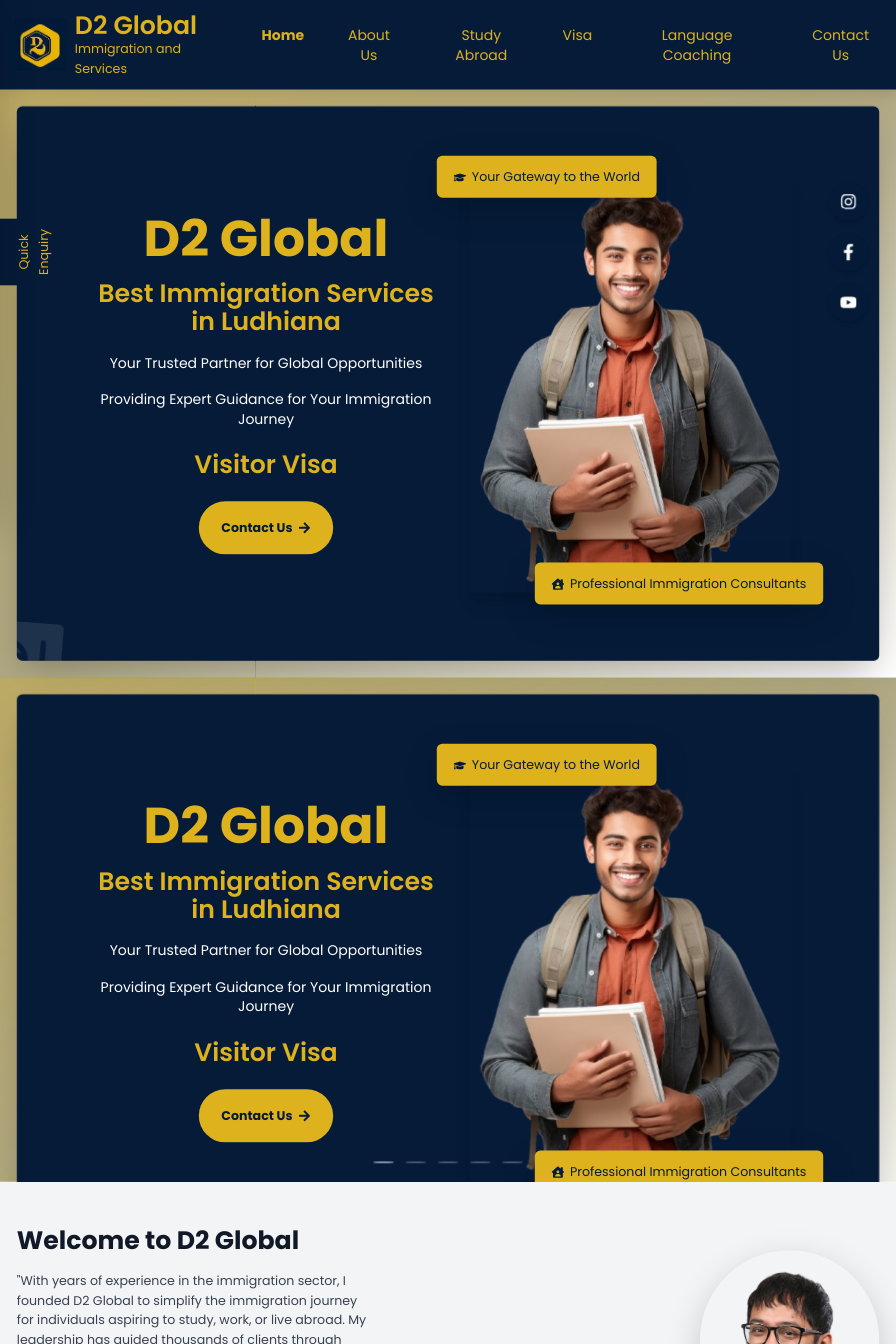
Repository: abhijeets54/d2globalbackup
Page: /
An editor plug-in stored every save of this project. The page is shown before and after the next save, followed by the edit.
The browser window is 1280 px wide. The pictures show the part of the page from y = 0 to 1920 px (the page is 7588 px tall before and 6868 px after), at 70% of full size.
The page's requests for data from a server got no answer. The project was rebuilt for these pictures with package versions that can differ from the ones it lists, and the page was loaded fresh each time. No one was signed in, and anything a server would have sent is missing. Also part of the build but not shown: vite.config.js, src/components/Button.jsx, src/components/PostCard.jsx, src/components/Input.jsx, src/components/PopupForm.jsx, src/components/Events.jsx, src/components/People.jsx, src/Newsletter/NewsletterComponent.jsx and 28 more. Imported but missing from the stored project, and not drawn on this page: src/components/Donate/RestoftheWorld.jsx, src/components/Donate/WithInIndia.jsx, src/components/JoinUs.jsx, src/components/Projects/Awareness.jsx, src/components/Projects/Education.jsx, src/components/Projects/HumanitarianAid.jsx, src/components/ThreePillars.jsx, src/pages/Donate.jsx and 2 more.

Above is the page before, as saved 2024-10-04 16:31:10.

After the next save:
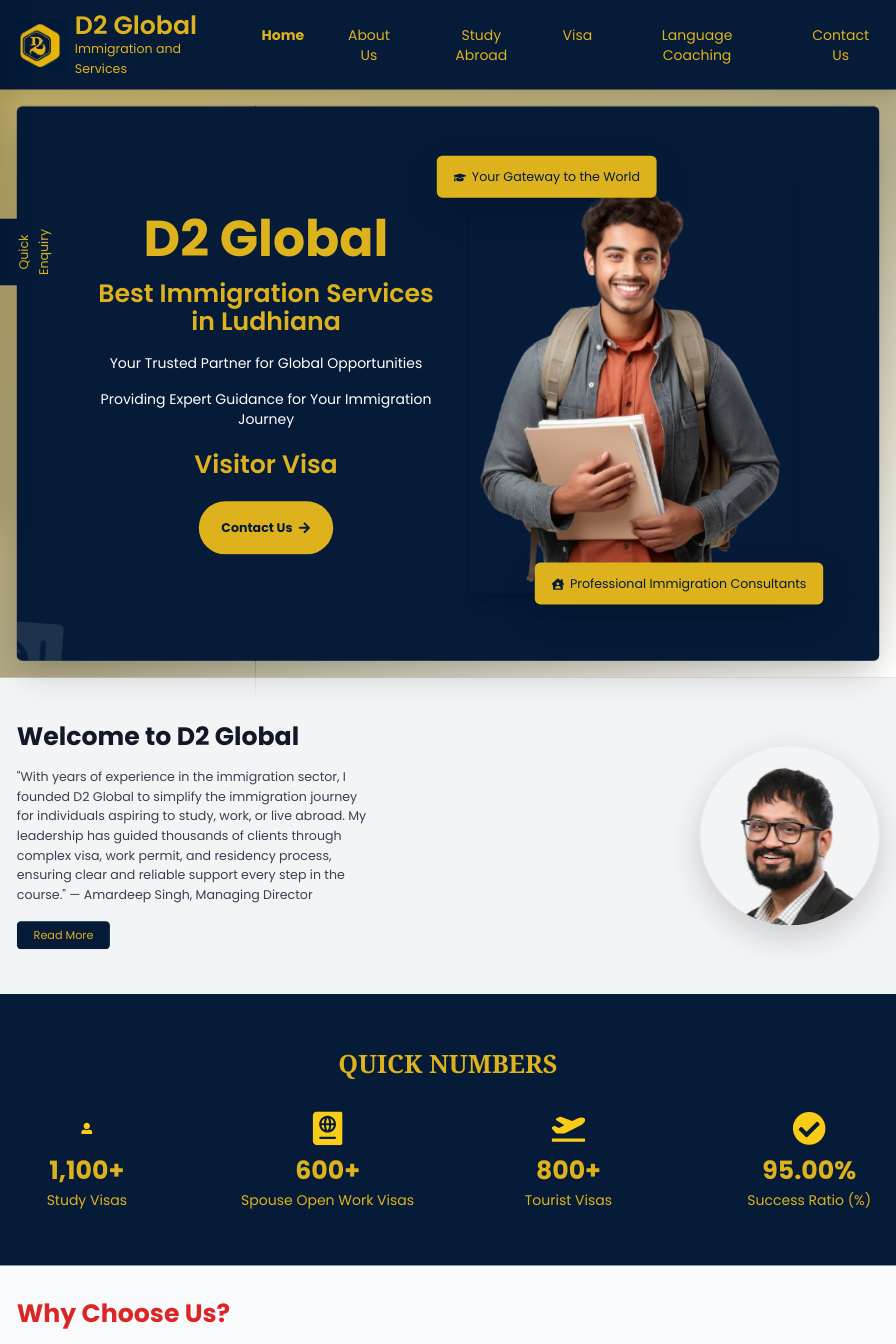
Saved 4 s later.
--- a/src/pages/Home.jsx
+++ b/src/pages/Home.jsx
@@ -33,7 +33,7 @@
    <CollageWithAnimations/>
       {/* <PopupForm /> */}
       <QuickEnquiry />
-      <Collage />
+      {/* <Collage /> */}
 
         <About />
         {/* <People/> */}
